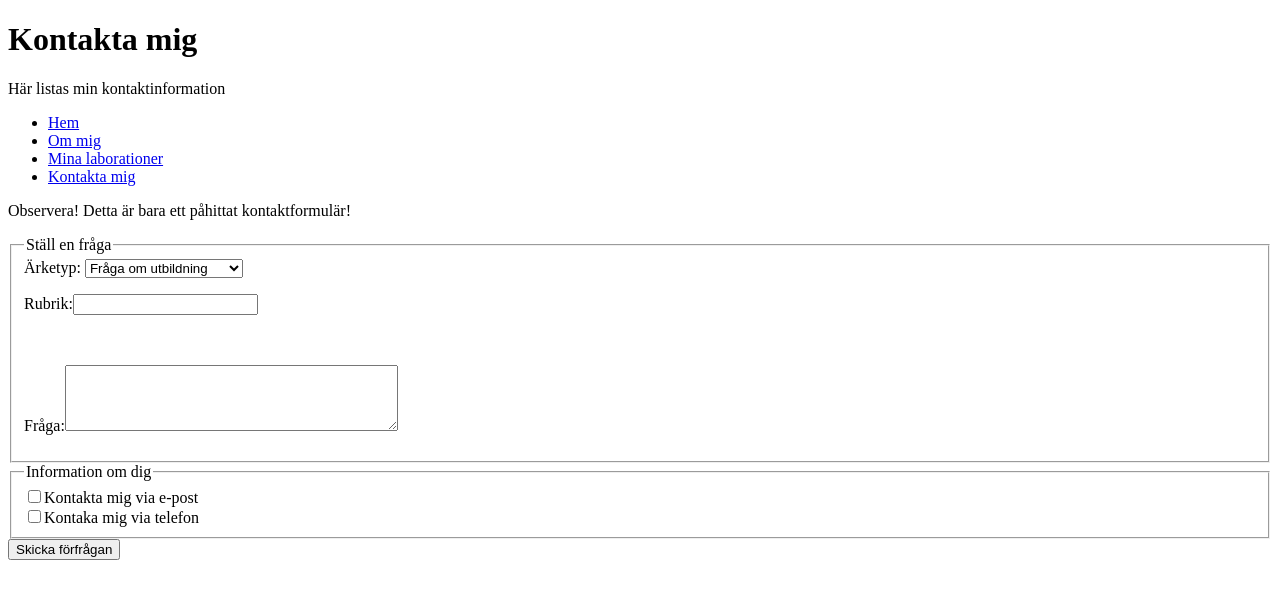
Repository: Holmewi/1ik415-jh222qr-laborationer
Page: pages/kontakt.html
The author's editor kept a record of every edit. The page is drawn from the files as they stood at one moment, then again after the next edit.
The browser window is 1280 px wide. The pictures show the whole page.

Above is the page before.

After the next edit:
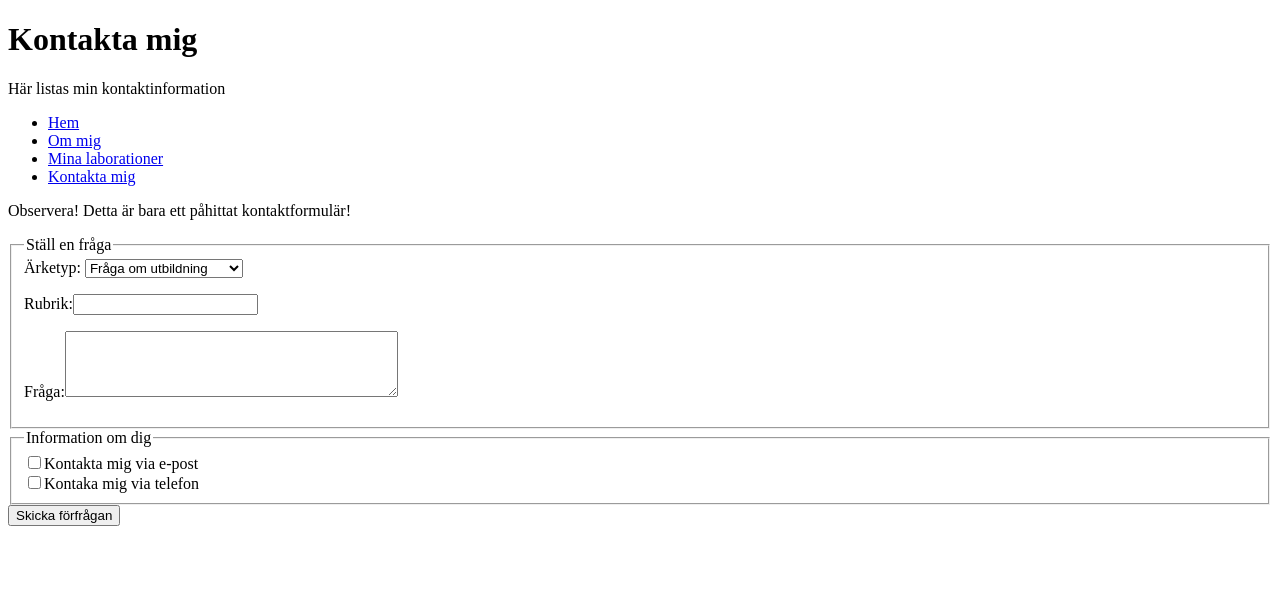
The edit:
--- a/pages/kontakt.html
+++ b/pages/kontakt.html
@@ -32,7 +32,7 @@
                     <option value="privat">Ställ en privat fråga</option>
                 </select>
                 <br>
-                <p>Rubrik:<input type="text" id="header"/></p>
+                <p>Rubrik:<input type="text" id="header"/>
                 <br>
                 <p>Fråga:<textarea id="question" rows="4" cols="39"></textarea>
             </fieldset>
